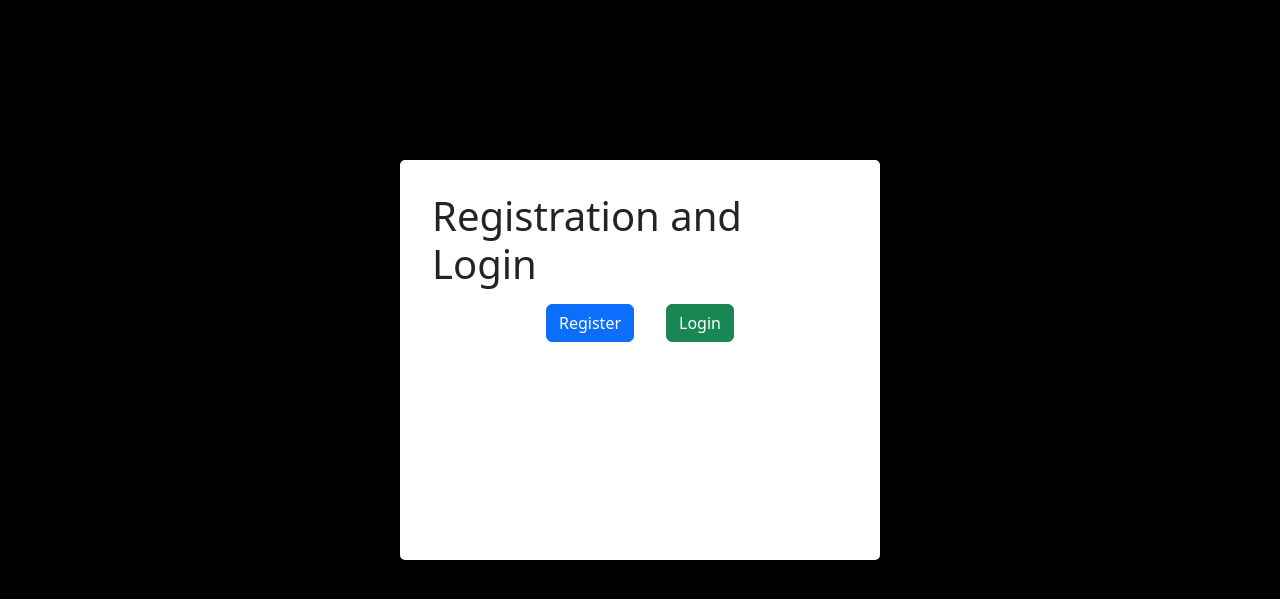
Repository: tran-thien-nhan/quiz_tlln
Page: index.html
An editor plug-in stored every save of this project. The page is shown before and after the next save, followed by the edit.
The browser window is 1280 px wide. The pictures show the whole page.

Above is the page before, as saved 2023-06-27 16:13:29.

After the next save:
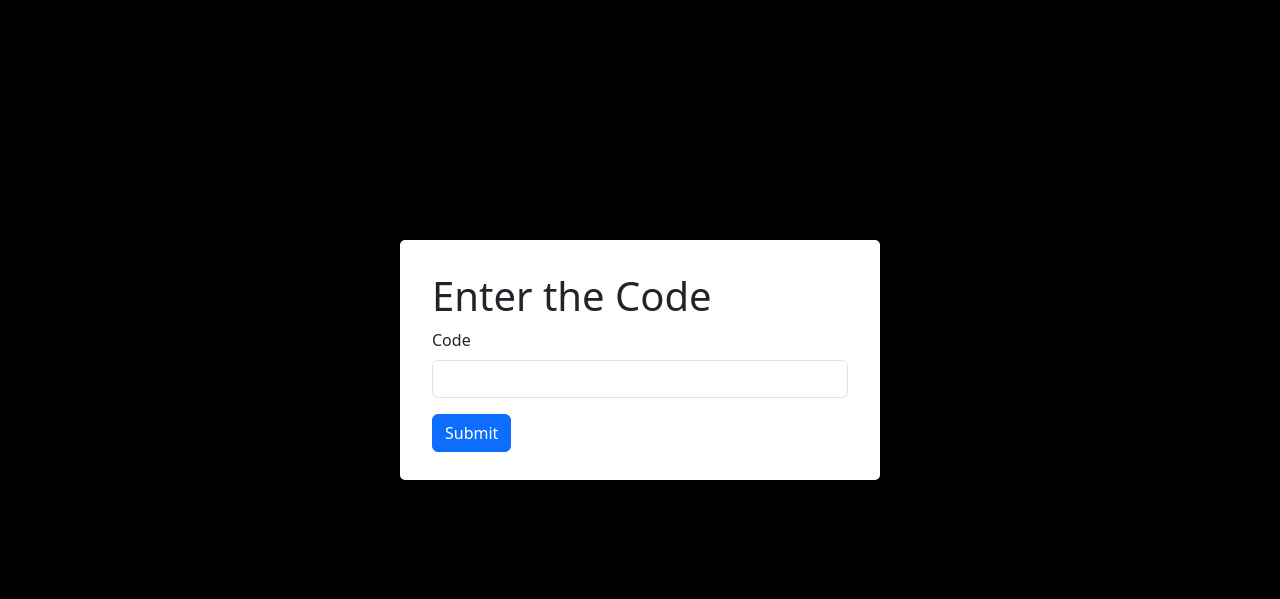
Saved 20 h 21 min later.
--- a/index.html
+++ b/index.html
@@ -18,12 +18,8 @@
       background-color: #fff;
       padding: 2rem;
       width: 30rem;
-      height: 25rem;
+      height: 15rem;
       border-radius: 5px;
-    }
-
-    .form-group {
-      display: none;
     }
 
     #button-group {
@@ -41,118 +37,28 @@
 
 <body>
   <div class="container">
-    <h1>Registration and Login</h1>
-    <div id="registration-form" class="form-group">
-      <h2>Registration</h2>
-      <form id="registerForm">
-        <div class="mb-3">
-          <label for="registerUsername" class="form-label">Username</label>
-          <input type="text" class="form-control" id="registerUsername" required>
-        </div>
-        <div class="mb-3">
-          <label for="registerPassword" class="form-label">Password</label>
-          <input type="password" class="form-control" id="registerPassword" required>
-        </div>
-        <button id="regis-btn" type="submit" class="btn btn-primary">Register</button>
-      </form>
-    </div>
-
-    <div id="login-form" class="form-group">
-      <h2>Login</h2>
-      <form id="loginForm">
-        <div class="mb-3">
-          <label for="loginUsername" class="form-label">Username</label>
-          <input type="text" class="form-control" id="loginUsername" required>
-        </div>
-        <div class="mb-3">
-          <label for="loginPassword" class="form-label">Password</label>
-          <input type="password" class="form-control" id="loginPassword" required>
-        </div>
-        <button id="login-btn" type="submit" class="btn btn-primary">Login</button>
-      </form>
-    </div>
-
-    <div id="button-group">
-      <button id="registerBtn" class="btn btn-primary" style="margin-right: 2rem;">Register</button>
-      <button id="loginBtn" class="btn btn-success">Login</button>
-    </div>
+    <h1>Enter the Code</h1>
+    <form id="codeForm">
+      <div class="mb-3">
+        <label for="codeInput" class="form-label">Code</label>
+        <input type="text" class="form-control" id="codeInput" required>
+      </div>
+      <button id="code-btn" type="submit" class="btn btn-primary">Submit</button>
+    </form>
   </div>
 
   <script>
-    // Function to set a cookie
-    function setCookie(name, value, days) {
-      var expires = "";
-      if (days) {
-        var date = new Date();
-        date.setTime(date.getTime() + (days * 24 * 60 * 60 * 1000));
-        expires = "; expires=" + date.toUTCString();
-      }
-      document.cookie = name + "=" + (value || "") + expires + "; path=/";
-    }
-
-    // Function to get a cookie value
-    function getCookie(name) {
-      var nameEQ = name + "=";
-      var ca = document.cookie.split(';');
-      for (var i = 0; i < ca.length; i++) {
-        var c = ca[i];
-        while (c.charAt(0) == ' ') {
-          c = c.substring(1, c.length);
-        }
-        if (c.indexOf(nameEQ) == 0) {
-          return c.substring(nameEQ.length, c.length);
-        }
-      }
-      return null;
-    }
-
-    // Function to delete a cookie
-    function deleteCookie(name) {
-      document.cookie = name + '=; expires=Thu, 01 Jan 1970 00:00:01 GMT; path=/;';
-    }
-
-    // Show registration form and hide login form
-    function showRegistrationForm() {
-      document.getElementById("registration-form").style.display = "block";
-      document.getElementById("login-form").style.display = "none";
-      document.getElementById("regis-btn").style.display = "none";
-    }
-
-    // Show login form and hide registration form
-    function showLoginForm() {
-      document.getElementById("registration-form").style.display = "none";
-      document.getElementById("login-form").style.display = "block";
-      document.getElementById("login-btn").style.display = "none";
-    }
-
-    // Registration form submission handler
-    document.getElementById("registerForm").addEventListener("submit", function (event) {
+    // Code form submission handler
+    document.getElementById("codeForm").addEventListener("submit", function (event) {
       event.preventDefault();
-      var username = document.getElementById("registerUsername").value;
-      var password = document.getElementById("registerPassword").value;
-      setCookie("username", username, 7);
-      setCookie("password", password, 7);
-      alert("Registration successful!");
-    });
-
-    // Login form submission handler
-    document.getElementById("loginForm").addEventListener("submit", function (event) {
-      event.preventDefault();
-      var username = document.getElementById("loginUsername").value;
-      var password = document.getElementById("loginPassword").value;
-      var storedUsername = getCookie("username");
-      var storedPassword = getCookie("password");
-      if (username === storedUsername && password === storedPassword) {
-        alert("Login successful!");
-        window.location.href = "quiz.html"; // Chuyển hướng sang trang index.html
+      var code = document.getElementById("codeInput").value;
+      if (code === "TLLN12345") { // Kiểm tra code nhập vào
+        alert("Code accepted!");
+        window.location.href = "quiz.html"; // Chuyển hướng sang trang quiz.html
       } else {
-        alert("Invalid username or password.");
+        alert("Invalid code.");
       }
     });
-
-    // Button click event handlers
-    document.getElementById("registerBtn").addEventListener("click", showRegistrationForm);
-    document.getElementById("loginBtn").addEventListener("click", showLoginForm);
   </script>
 </body>
 
